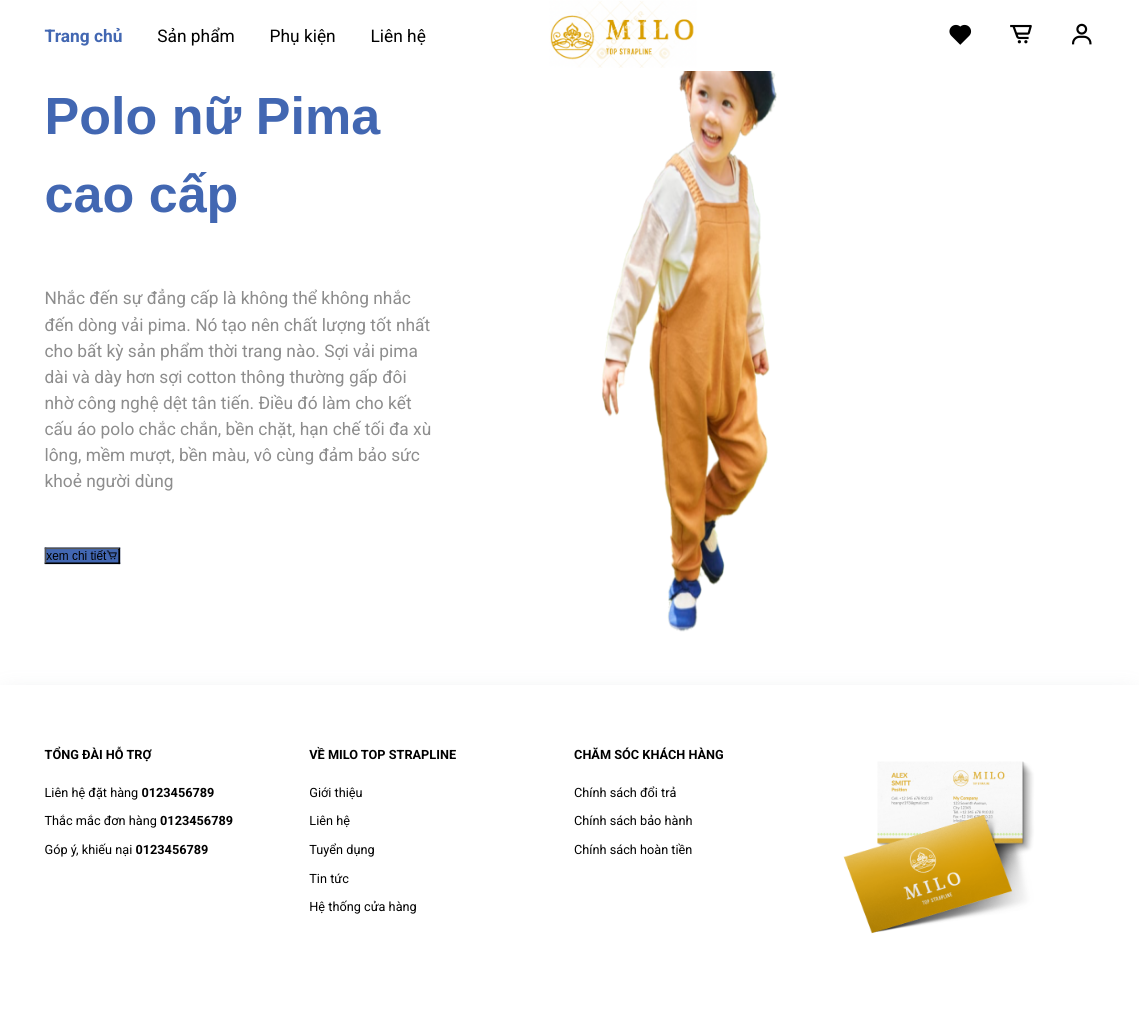
Repository: QuyHoang99k/shop
Page: /
These files come from the project's save history. The page is drawn as it stood at one moment and after the next save; the edit follows.
The browser window is 1280 px wide. The pictures show the whole page, at 89% of full size.
The project was rebuilt for these pictures with package versions that can differ from the ones it lists, and the page was loaded fresh each time. Also part of the build but not shown: src/pages/Catalog.jsx, src/pages/Cart.jsx, src/pages/Product.jsx.

Above is the page before, as saved 2021-10-16 15:15:58.

After the next save:
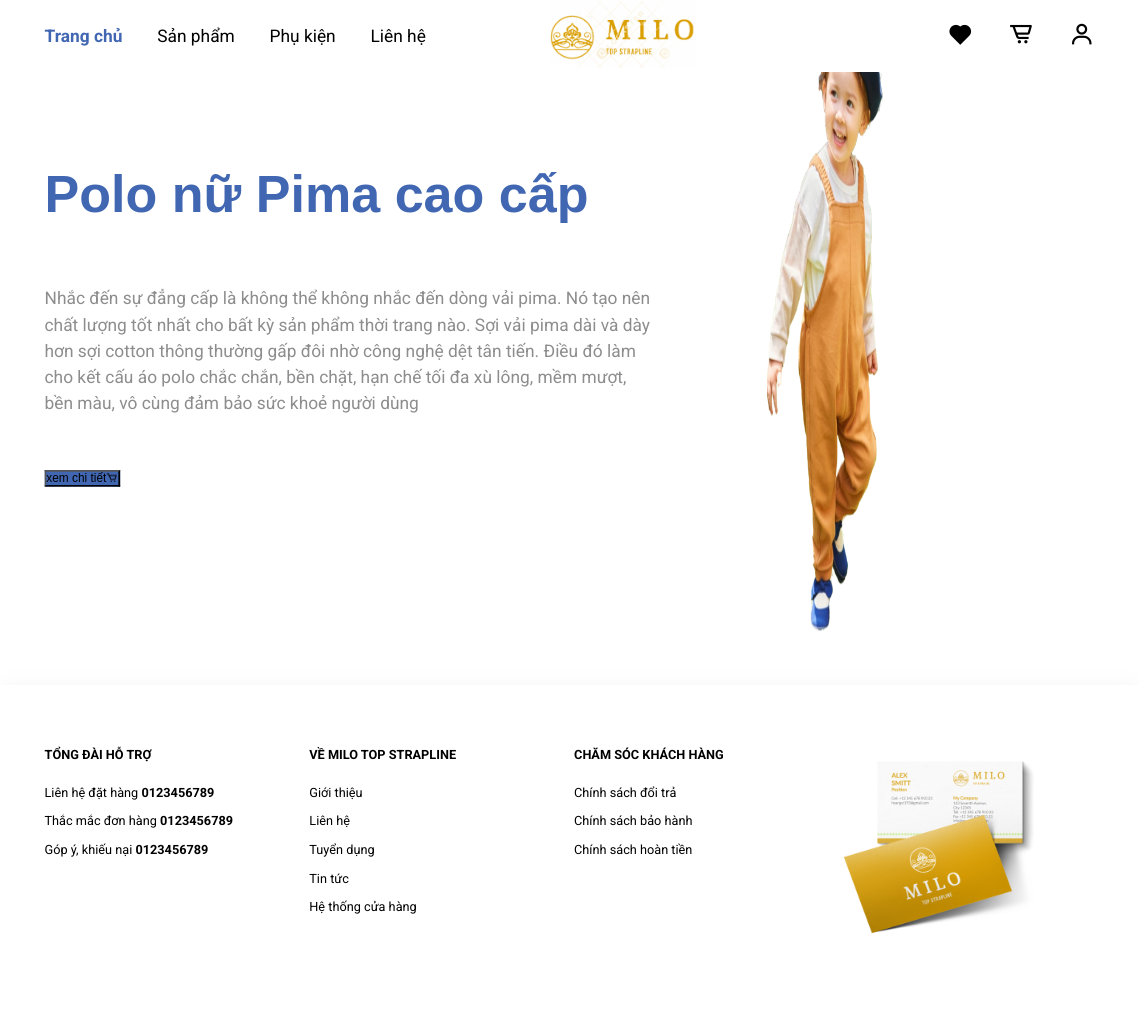
Saved 3 min 55 s later.
--- a/src/sass/components/_hero-slider.scss
+++ b/src/sass/components/_hero-slider.scss
@@ -59,6 +59,9 @@
             pointer-events: none;
             img{
                 height: 100vh;
+                position: absolute;
+                bottom: 0;
+                right: 0;
             }
         }
     }
